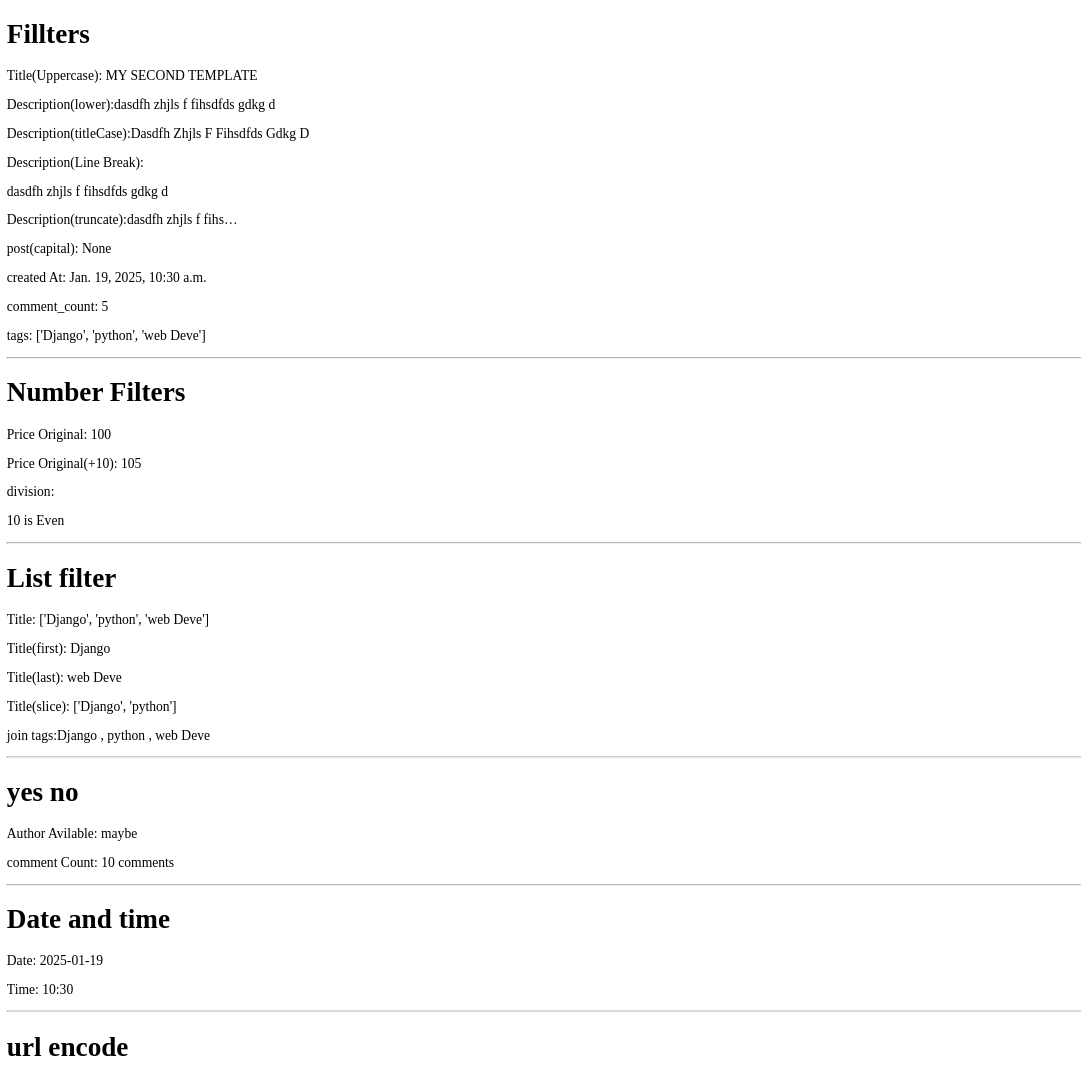
Repository: samratpoudel444/MVT-python
Page: http://localhost/home/
The author's editor kept a copy of each file at every save. The page is drawn from the files as they stood at one save, then again after the next save.
The browser window is 1280 px wide. The pictures show the whole page, at 85% of full size.
The page is served by the project's application, run on Django 5.2 (templatesFilters/manage.py). Other server files are loaded and not shown.

Above is the page before, as saved 2025-12-23 14:28:59.

### templatesFilters/blog/templates/blog/home.html
<!DOCTYPE html>
<html lang="en">
<head>
    <meta charset="UTF-8">
    <meta name="viewport" content="width=device-width, initial-scale=1.0">
    <title>Templates #2</title>
</head>
<body>
    <h1>Fillters</h1>
    <p>Title(Uppercase): {{post.title | upper}}</p>
    <p>Description(lower):{{post.description | lower}}</p>
    <p>Description(titleCase):{{post.description | title}}</p>
    <p>Description(Line Break):{{post.description | linebreaks}}</p>
    <p>Description(truncate):{{post.description | truncatechars:20}}</p>
    <p>post(capital): {{post.author | capfirst }}</p>
    <p>created At: {{post.created_at}}</p>
    <p>comment_count: {{post.comment_count}}</p>
    <p>tags: {{post.tags}}</p>

    <hr>

    <h1>Number Filters</h1>
    <p>Price Original: {{post.price}}</p>
    <p>Price Original(+10): {{post.price | add:5}}</p>
    <p>division:</p>
    {% if post.number|divisibleby:2 %}
    <p>{{post.number}} is Even</p>
    {% else %}
    <p>{{post.number}} is odd</p>
        {% endif %}
    <p></p>

    <hr>
    <h1>List filter</h1>
 <p>Title: {{post.tags}}</p>
 <p>Title(first): {{post.tags|first}}</p>
  <p>Title(last): {{post.tags|last}}</p>
  <p>Title(slice): {{post.tags|slice:"2"}}</p>
  <p>join tags:{{post.tags|join:" , "}}</p>

  <hr>
  <h1>yes no</h1>
  <p>Author Avilable:{{post.author|yesno:"yes, no, maybe"}}</p>
  <p>
    comment Count: {{post.count}} comment{{post.count|pluralize}}
    </p>

    <hr>
    <h1>Date and time</h1>
    <p>Date: {{ post.created_at|date:"Y-m-d" }}</p>
    <p>Time: {{ post.created_at|time:"H:i" }}</p>

    <hr>
    <h1>url encode</h1>


</body>
</html>

### templatesFilters/blog/views.py
from django.shortcuts import render
from datetime import datetime
# Create your views here.
def blog_details(request):
    post={
        "title":"My second Template",
        "description":"dasdfh zhjls f fihsdfds  gdkg d",
        "author":None,
        "created_at":datetime(2025,1,19,10,30),
        "comment_count":5,
        "tags":["Django","python","web Deve"],
        "price":100,
        "count":10,
        "number":10
    }
    return render(request, "blog/home.html", {"post":post})

### templatesFilters/templatesFilters/urls.py
"""
URL configuration for templatesFilters project.

The `urlpatterns` list routes URLs to views. For more information please see:
    https://docs.djangoproject.com/en/6.0/topics/http/urls/
Examples:
Function views
    1. Add an import:  from my_app import views
    2. Add a URL to urlpatterns:  path('', views.home, name='home')
Class-based views
    1. Add an import:  from other_app.views import Home
    2. Add a URL to urlpatterns:  path('', Home.as_view(), name='home')
Including another URLconf
    1. Import the include() function: from django.urls import include, path
    2. Add a URL to urlpatterns:  path('blog/', include('blog.urls'))
"""
from django.contrib import admin
from django.urls import path, include

urlpatterns = [
    path('admin/', admin.site.urls),
    path('', include("blog.urls"))
]

### templatesFilters/blog/urls.py
from django.urls import path
from . import views
urlpatterns=[
    path('home/', views.blog_details , name="test")
]

After the next save:
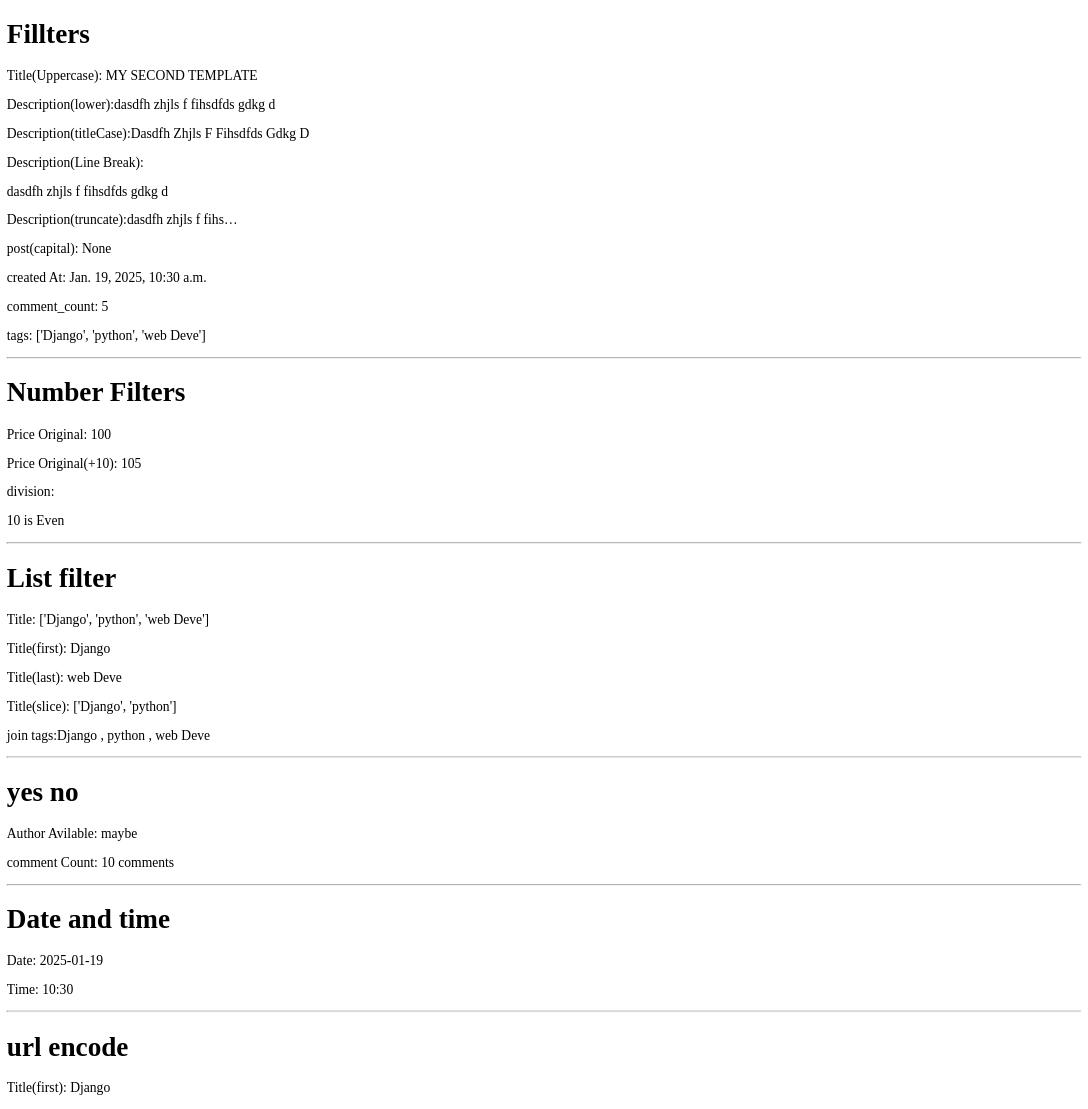
Saved 6 s later.
--- a/templatesFilters/blog/templates/blog/home.html
+++ b/templatesFilters/blog/templates/blog/home.html
@@ -52,7 +52,7 @@
 
     <hr>
     <h1>url encode</h1>
-
+ <p>Title(first): {{post.tags|first}}</p>
 
 </body>
 </html>
